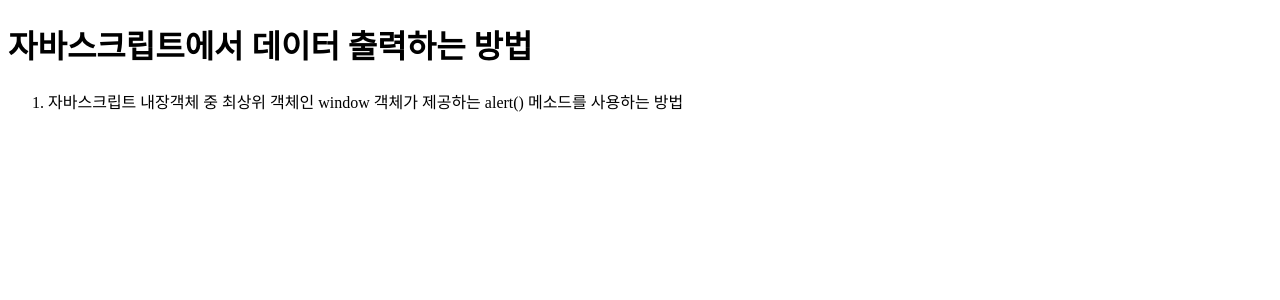
Repository: bianchi112/ict-data
Page: web_workspace/testJavaScriptProject/src/main/webapp/views/testjs/sample2.html
These files come from the project's save history. The page is drawn as it stood at one moment and after the next save; the edit follows.
The browser window is 1280 px wide. The pictures show the whole page.

Above is the page before, as saved 2024-09-03 03:06:07.

After the next save:
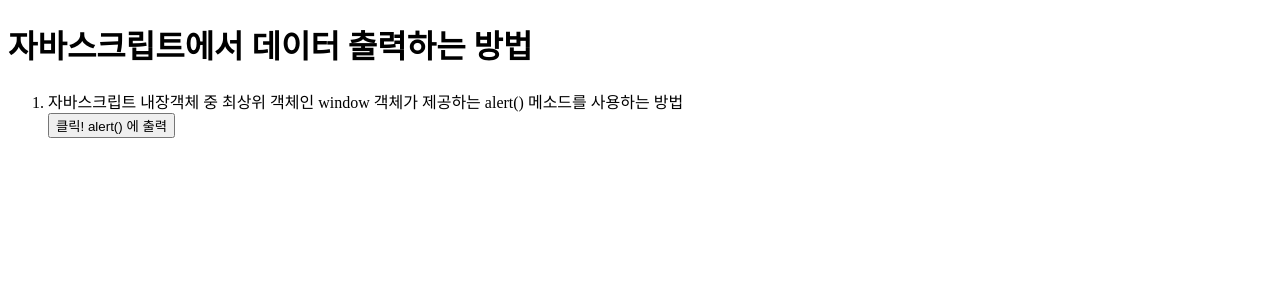
Saved 41 s later.
--- a/web_workspace/testJavaScriptProject/src/main/webapp/views/testjs/sample2.html
+++ b/web_workspace/testJavaScriptProject/src/main/webapp/views/testjs/sample2.html
@@ -9,6 +9,7 @@
 <h1>자바스크립트에서 데이터 출력하는 방법</h1>
 <ol>
 	<li>자바스크립트 내장객체 중 최상위 객체인 window 객체가 제공하는 alert() 메소드를 사용하는 방법</li>
+	<button>클릭! alert() 에 출력</button>
 </ol>
 </body>
 </html>
